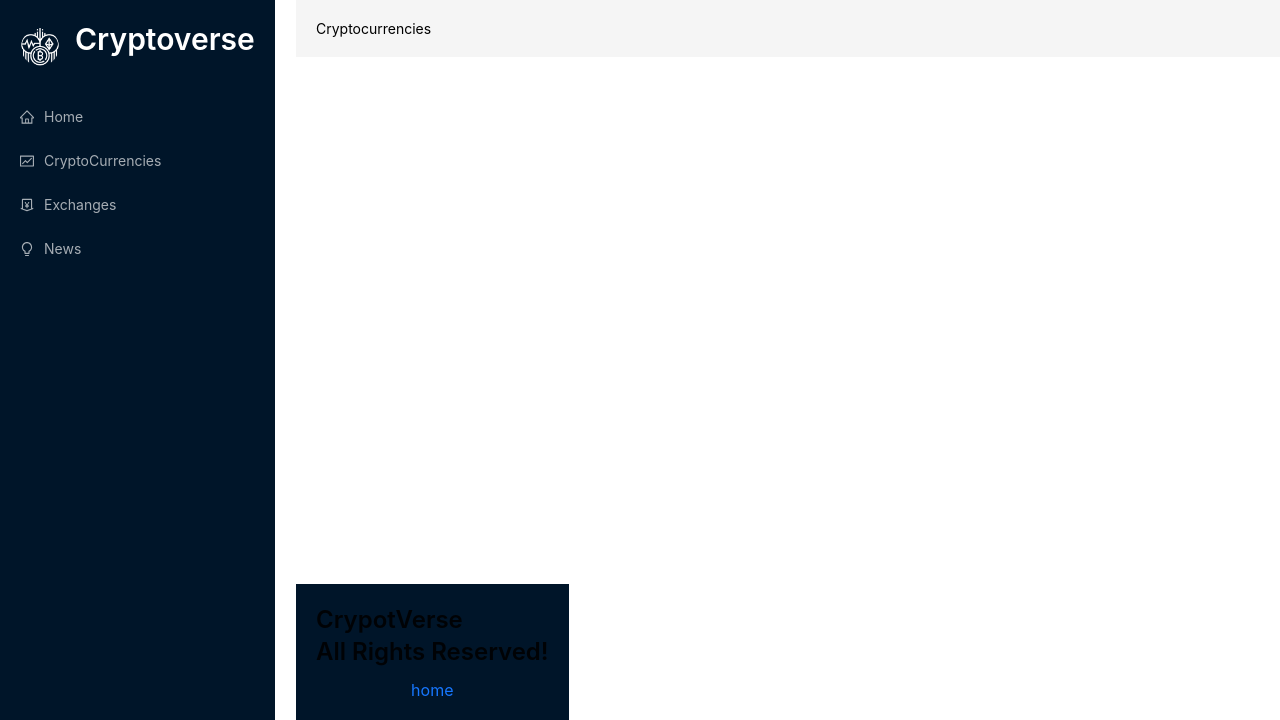
Repository: EyanIngles/CryptoWatcher
Page: /cryptocurrencies
An editor plug-in stored every save of this project. The page is shown before and after a run of saves, followed by the edit.
The browser window is 1280 px wide. The pictures show the whole page.
The project was rebuilt for these pictures with package versions that can differ from the ones it lists, and the page was loaded fresh each time. Also part of the build but not shown: src/components/CryptoDetails.jsx, src/components/Exchanges.jsx, src/components/News.jsx.

Above is the page before, as saved 2024-05-01 10:16:24.

### public/index.html
<!DOCTYPE html>
<html lang="en">
  <head>
    <meta charset="utf-8" />
    <link rel="icon" href="%PUBLIC_URL%/favicon.ico" />
    <meta name="viewport" content="width=device-width, initial-scale=1" />
    <meta name="theme-color" content="#000000" />
    <meta
      name="description"
      content="Web site created using create-react-app"
    />
    <link rel="apple-touch-icon" href="%PUBLIC_URL%/logo192.png" />
    <link rel="manifest" href="%PUBLIC_URL%/manifest.json" />
    <title>CryptoVerse</title>
  </head>
  <body>
    <noscript>You need to enable JavaScript to run this app.</noscript>
    <div id="root"></div>
  </body>
</html>

### src/index.js
import React from 'react';
import ReactDOM from 'react-dom/client';
import { BrowserRouter as Router } from 'react-router-dom';
import './index.css';
//import 'antd/dist/antd.css';
import App from './App';
import reportWebVitals from './reportWebVitals';

const root = ReactDOM.createRoot(document.getElementById('root'));
root.render(
  <React.StrictMode>
    <Router><App /></Router>
  </React.StrictMode>
);

// If you want to start measuring performance in your app, pass a function
// to log results (for example: reportWebVitals(console.log))
// or send to an analytics endpoint. Learn more: https://bit.ly/CRA-vitals
reportWebVitals();

### src/App.js
import React from 'react'
import './App.css';
import { Route, Routes, BrowserRouter, Link } from 'react-router-dom';
import { Layout, Typography, Space } from 'antd';


import { Navbar, Homepage, Exchanges, Cryptocurrencies, CryptoDetails,News } from './components';

const App = () => {
  return (
    <div className='app'>
      <div className='navbar'>
        <Navbar></Navbar>
      </div>
      <div className='main'>
        <Layout>
          <div className='routes'>
              <Routes>
                <Route path="/" element={<Homepage />} />
                <Route path="/cryptocurrencies" element={<Cryptocurrencies />} />
                <Route path="/exchanges" element={<Exchanges />} />
                <Route path="/crypto/:coindId" element={<CryptoDetails />} />
                <Route path="/news" element={<News />} />
              </Routes>
          </div>
        </Layout>
      <div className='footer'>
        <Typography.Title level={3} styles={{ color: "white", textAlign: "center" }}>
          CrypotVerse <br/>
          All Rights Reserved!
        </Typography.Title>
        <Space>
          <Link to="/">home </Link>
        </Space>
      </div>
      </div>
    </div>
  )
}

export default App

### src/App.css

:root{
  --text-primary:#000;
  --bgPrimary:#fff;
 --bgSecondary: #F9F9F9;
 --pink: #0071bd;
 --light-blue: #e6f7ff;
 --border: #d9d9d9;
}

* {
  margin: 0;
  padding: 0;
  box-sizing: border-box;
}

a:hover{
  color: var(--pink) !important;
}

.app{
  display: flex;
  overflow: hidden;
}

.navbar{
  flex: 0.2;
  background-color: rgb(0, 21, 41);
}

.main{
  flex: 0.8;
  width: 100%;

}
.routes{
  padding: 20px;
}
.nav-container{
  position: fixed;
  left: 0;
  margin: 10px;
  height: 100vh;
  margin: 0px;
  background-color: rgb(0, 21, 41);
}

.logo-container{
  background-color: #001529;
  display: flex;
  padding: 20px;
  align-items: center;
  width: 100%;
}
.logo{
  margin:0 0 0 15px;
}
.logo a{
 color: white;
}
.menu-control-container{
  display: none !important;
  position: absolute !important;
  right: 10px !important;
  top: 25px !important;
  font-size: 1.2rem !important;
  background-color: var(--bgSecondary) !important;
  border: none !important;
}

.loader{
  height: 81vh;
  display: flex;
  justify-content: center;
  align-items: center;
}

@media screen and (max-width:1300px){
  .main{
      margin-left: 50px;
  }
}

@media screen and (max-width:1170px){
  .main{
      margin-left: 50px;
  }
}

@media screen and (max-width:1000px){
  .main{
      margin-left: 100px;
  }
}

@media screen and (max-width:800px){
  .app{
      flex-direction: column;
      overflow: hidden;
  }

  .navbar{
      flex: 1;
  }

  .main{
      flex: 1;
      margin-top: 90px;
      margin-left: 0px;
      margin-right: 10px;
  }

  .nav-container{
      height: 8vh;
      position:fixed;
      width: 100%;
      z-index: 100;
      background-color: var(--bgSecondary);
  }

  .menu-control-container{
      display: block !important;
  }

  .ant-menu{
      position: absolute;
      right: 0px;
  }
  .home-title{
      font-size: 1.4rem !important;
  }
  .show-more{
      font-size: 1.3rem !important;
  }
}

.coin-detail-container{
  margin: 30px;
}

.coin-heading-container{
  display: flex;
  justify-content: center;
  align-items: center;
  flex-direction: column;
  border-bottom: 1px solid var(--border);
  padding-top: 20px;
  padding-bottom: 20px;
  gap: 10px;
}

.coin-heading-container .coin-name{
  font-weight: 900;
  color: var(--pink);
}

.coin-heading-container p{
  font-size: 1rem;
  opacity: 0.9;
  margin-bottom: 20px;
}

.stats-container{
  display: flex;
  justify-content: space-between;
  align-items: center;
  gap: 40px;
}

.stats-container h2{
  font-weight: 700;
  font-size: 1.4rem;
  margin-top: 20px;
  color: var(--pink);
}

.coin-details-heading{
  font-weight: 700 !important;
  margin-top: 20px !important;
  color: var(--pink) !important;
}

.coin-stats{
  display: flex;
  justify-content: space-between;
  border-bottom: 1px solid var(--border);
  font-size: 1rem;
  opacity: 0.9;
  padding: 20px;

}

.coin-stats-name{
  display: flex;
  gap: 10px;
  font-size: 1rem;
}

.stats{
  font-weight: 800;
}

.coin-value-statistics-heading p{
  font-size: 1rem;
  opacity: 0.9;
}

.coin-desc-link{
  display: flex;
  gap: 40px;
  margin-top: 40px;
  padding-top: 20px;
}

.coin-desc-link h2{
  font-weight: 700;
  color: var(--pink);
}

.coin-desc-link p{
  font-size: 1rem;
  opacity: 0.9;
}

.coin-desc-link a{
  color: var(--pink);
}

.coin-desc-link h3{
  font-weight: 700;
}

.coin-desc{
  flex: 0.5;
}

.coin-links{
padding: 0px 20px;
  flex: 0.5;
}

.coin-link{
  display: flex;
  justify-content: space-between;
  align-items: center;
  border-bottom: 1px solid var(--border);
  padding: 20px;
}

.link-name{
  text-transform: capitalize;
  font-size: 1rem;
}

.coin-link a{
  color: var(--pink);
  font-weight: 700;
  font-size: 1rem;
}

.coin-link:hover, .coin-stats:hover{
  background-color: var(--bgSecondary);
}

@media screen and (max-width:1000px){
  .stats-container{
      flex-direction: column;
  }
  .coin-desc-link{
      flex-direction: column;
  }
  .stats-container h2{
      margin-top: 0px;
  }
}

@media screen and (max-width: 500px){
  .coin-links{
      padding: 0px;
  }
  .coin-detail-container{
      margin: 0;
  }
}
@media screen and (max-width: 500px){
  .heading{
      margin-top: 20px;
  }
}

.select-news{
  width: 180px;
}
.news-card{
  min-height: 300px !important;
}
.news-image-container{
  display: flex !important;
  justify-content: space-between !important;
}
.news-title{
width: 70%;
}

.news-image-container .img{
  width:100px;
  height:100px;
}
.news-card p{
  color: black;
  margin: 10px 0px !important;
}
.provider-container{
  display: flex;
  justify-content: space-between;
}
.provider-name{
  margin-left: 10px;
}

.chart-header{
  display: flex;
  justify-content: space-between;
  gap: 50px;
  color: #0071bd;
}
.chart-title{
  color: #0071bd !important;
}
.price-container{
  display: flex !important;
  gap: 20px !important;
  align-items: center !important;
  flex-wrap: wrap !important;
}
.price-change{
  font-weight: 900 !important;
}
.current-price{
  margin-top: 0px !important;
  font-weight: 900 !important;
}
.home-heading-container{
  display: flex;
  justify-content: space-between;
  align-items: center;
  margin-top: 40px;
}
.show-more{
  margin-top: 0px !important;
}
.exchange-image{
  margin: 0px 10px !important;
}
.search-crypto{
  margin: 20px auto 30px auto;
  width: 250px;
}
.crypto-card-container{
  min-height: 65vh !important;
}
.crypto-card{
  min-width: 250px;
}
.crypto-card .crypto-image{
  width:35px;
}
.select-timeperiod{
  width: 200px !important;
  margin-top: 20px !important;
}

.footer {
  background-color: #001529;
  display: flex;
  flex-direction: column;
  padding: 20px;
  align-items: center;
  position: fixed;
  bottom: 0;
}

### src/components/Navbar.jsx
import React from 'react'
import { Button, Menu, Typography, Avatar} from 'antd'
import { Link } from 'react-router-dom'
import { HomeOutlined, MoneyCollectOutlined, BulbOutlined, FundOutlined, MenuOutlined} from '@ant-design/icons'


import icon from '../images/cryptocurrency.png';
const Navbar = () => {
  return (
    <div className='nav-container'>
        <div className='logo-container'>
            <Avatar src={icon} size="large" />
            <Typography.Title level={2} className='logo'>
                <Link to='/'>Cryptoverse</Link>
            </Typography.Title>
        </div>
        <Menu theme='dark'>
          <Menu.Item icon={<HomeOutlined />}>
            <Link to="/">Home</Link>
          </Menu.Item>
          <Menu.Item icon={<FundOutlined />}>
            <Link to="/cryptocurrencies">CryptoCurrencies</Link>
          </Menu.Item>
          <Menu.Item icon={<MoneyCollectOutlined />}>
            <Link to="/exchanges">Exchanges</Link>
          </Menu.Item>
          <Menu.Item icon={<BulbOutlined />}>
            <Link to="/news">News</Link>
          </Menu.Item>
        </Menu>
    </div>
  )
}

export default Navbar

Loaded but not shown: src/index.css (common file); src/reportWebVitals.js (common file); src/components/index.js (common file); src/components/Cryptocurrencies.jsx (common file); src/components/Homepage.jsx (no stored copy; drawn as an empty file)

After the next 2 saves:
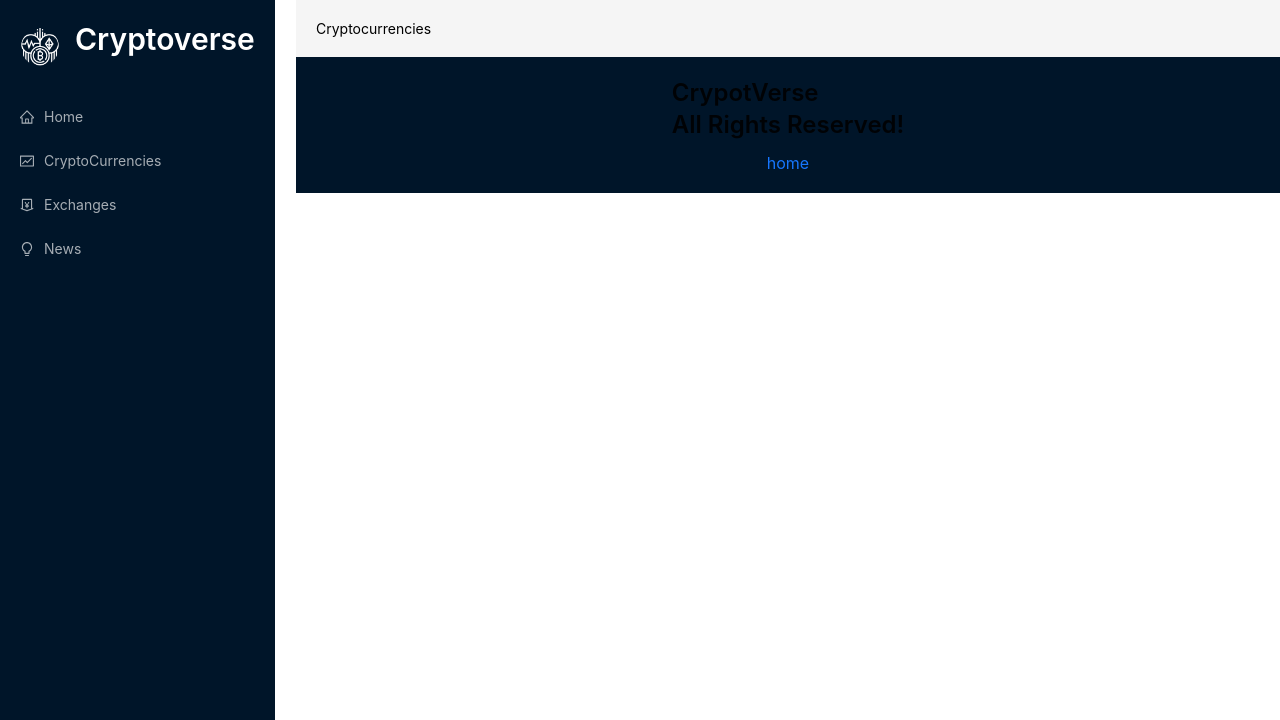
The 2 saves are shown as one change because they came seconds apart.
The last was saved 9 s later.
--- a/src/App.css
+++ b/src/App.css
@@ -376,6 +376,5 @@ width: 70%;
   flex-direction: column;
   padding: 20px;
   align-items: center;
-  position: fixed;
-  bottom: 0;
-}
+
+}
